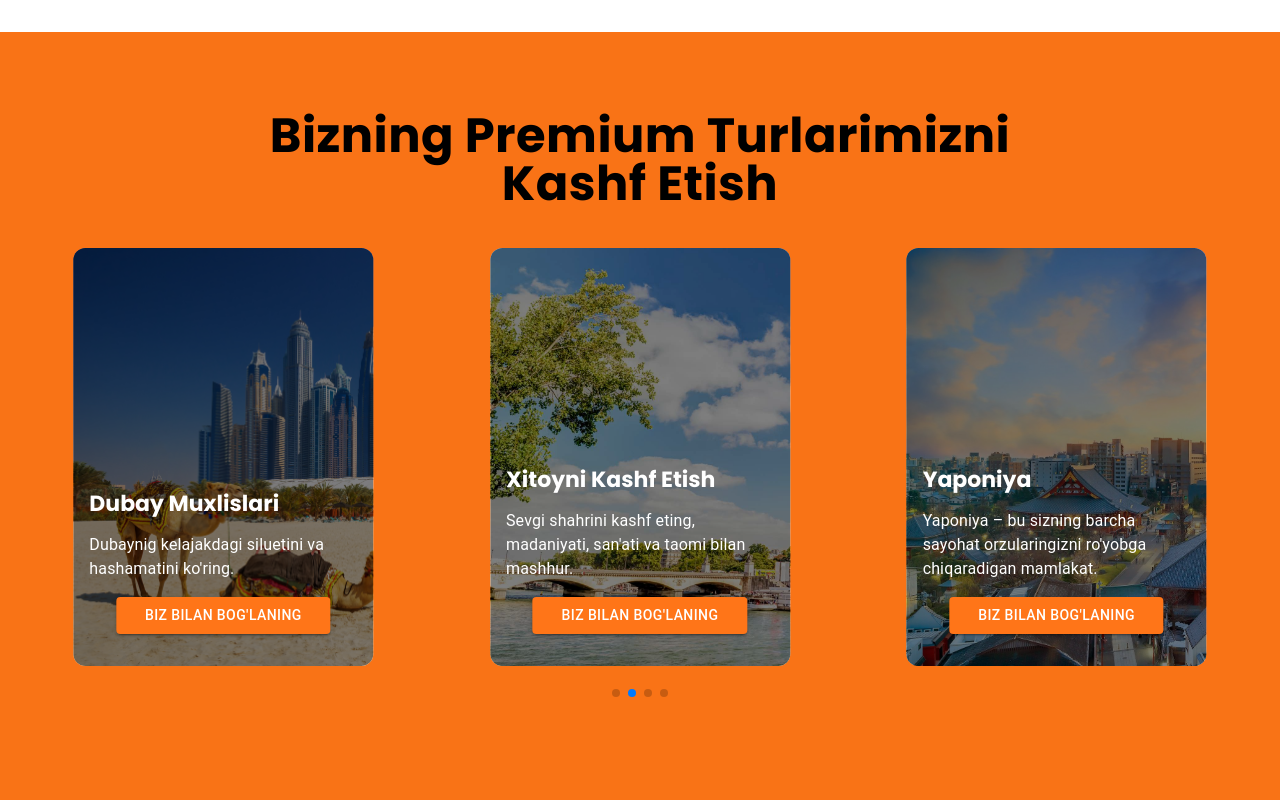
Repository: OgabekErkinov/i-am-tourist
Page: /
An editor plug-in stored every save of this project. The page is shown before and after the next save, followed by the edit.
The browser window is 1280 px wide. The pictures show the whole page.
The project was rebuilt for these pictures with package versions that can differ from the ones it lists, and the page was loaded fresh each time. Also part of the build but not shown: vite.config.js, src/components/navbar/LightDarkButton.jsx, src/I18/i18.js, src/components/navbar/languages/LanguageButton.jsx, src/components/navbar/NavbarItem.jsx, src/components/navbar/SocialNetworks.jsx, src/components/navbar/Logo.jsx, src/components/navbar/SectionsLinks.jsx and 7 more.

Above is the page before, as saved 2024-12-24 15:50:18.

After the next save:
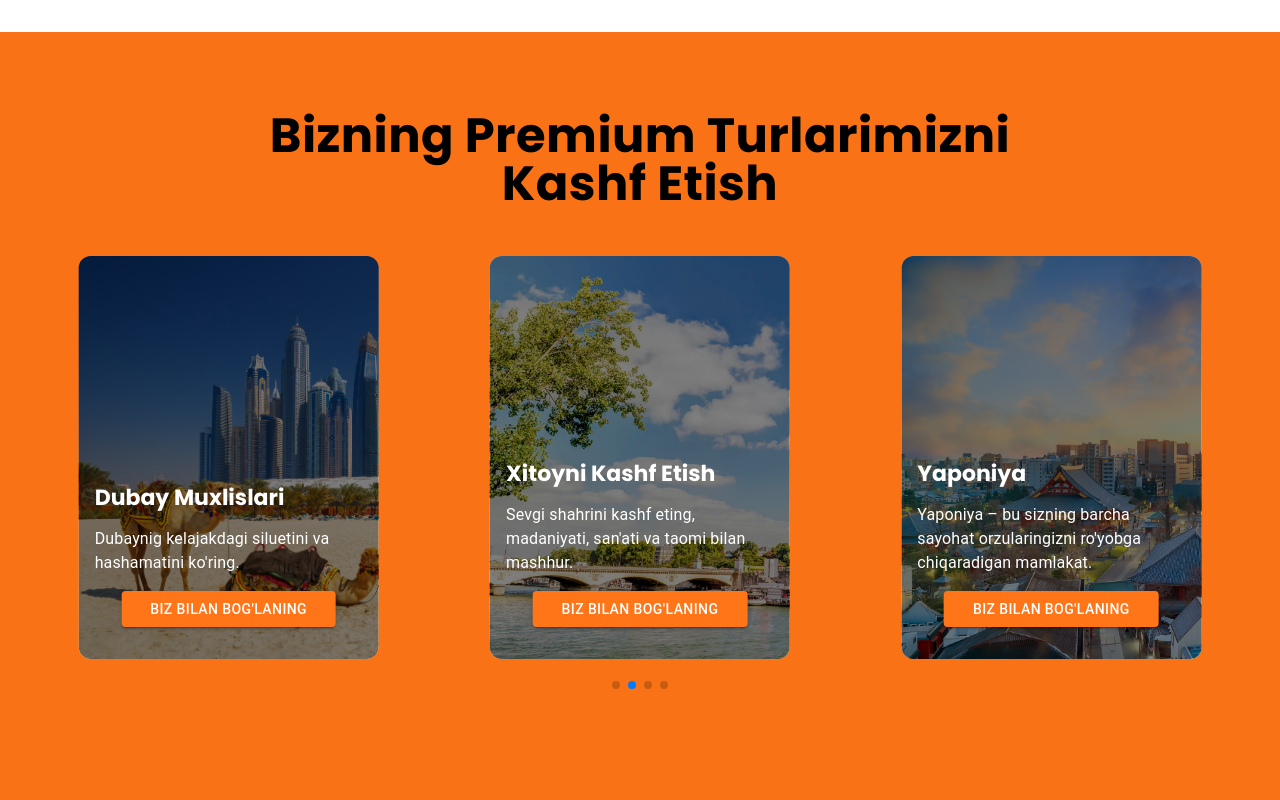
Saved 45 s later.
--- a/src/components/premium/PremiumTours.jsx
+++ b/src/components/premium/PremiumTours.jsx
@@ -48,7 +48,7 @@ const PremiumTours = () => {
                       justifyContent={'center'}
                       height={'30rem'}
                       width={'100%'}
-                      padding={'0.5rem'}>
+                      padding={'1rem'}>
                       <Swiper
                           modules={[Navigation, Pagination, Scrollbar, Autoplay]}
                           autoplay={{ delay: 2500, disableOnInteraction: false }}
